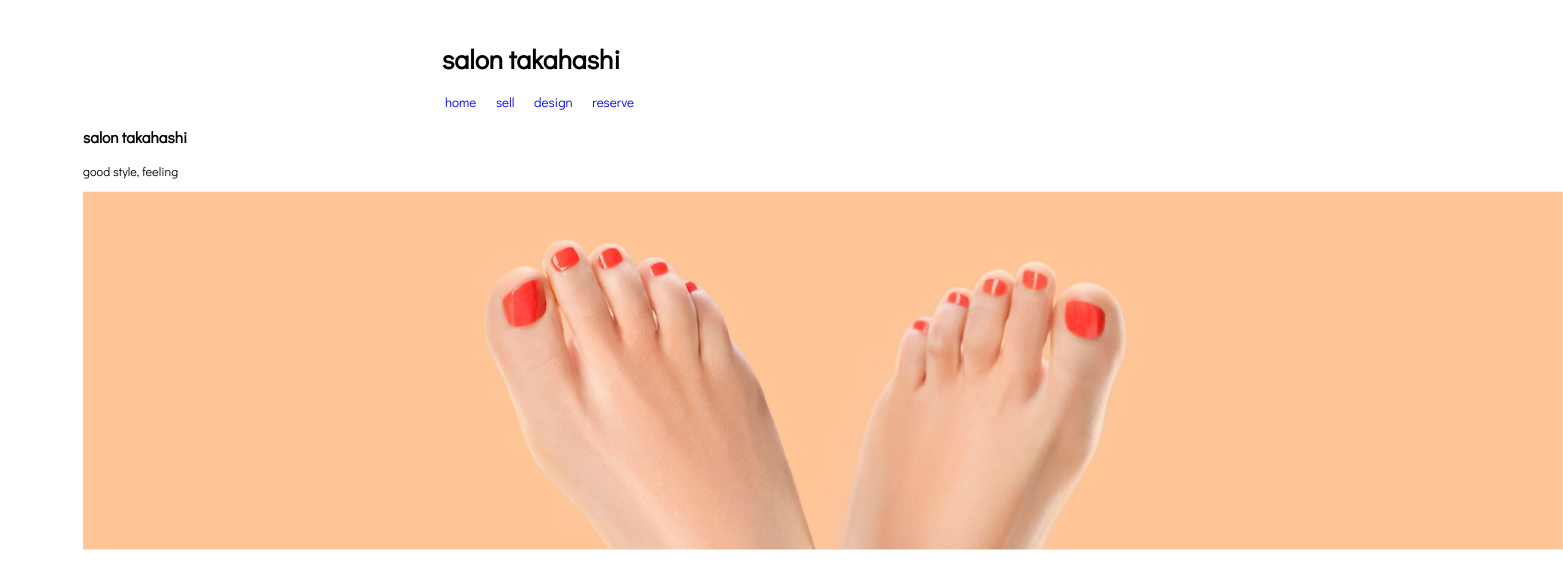
Repository: yukitakahashi1002/salontakahashi-
Page: index.html
These files come from the project's save history. The page is drawn as it stood at one moment and after the next save; the edit follows.
The browser window is 1280 px wide. The page is 1883 px wide, so the pictures cover 1883 px, including what lies to the right of the window. The pictures show the whole page, at 83% of full size.

Above is the page before, as saved 2023-07-27 23:14:06.

### index.html
<!DOCTYPE html>
<html>
<head>
    <title>Salon Takahashi</title>
    <meta charset="utf-8">
    <meta name="description" content="">
    <meta name="viewport" content="width=device-width, initial-scale=1.0">
    <link rel="stylesheet" href='https://fonts.googleapis.com/css?family=Didact Gothic'>
    <link rel="stylesheet" href="style.css">
</head>
<body>
    <!-- ヘッダー -->
    <header>
        <!-- サイトタイトル -->
        <h1>salon takahashi</h1>

        <!-- PC用ナビゲーション -->
        <nav id="nav-pc">
            <a href="/">home</a>
            <a href="sell.html">sell</a>
            <a href="design.html">design</a>
            <a href="reserve.html">reserve</a>
        </nav>
    </header>
    <main>
        <article>
            <!-- メインビジュアル -->
            <section id="main-visual">
                <div id="main-message">
                    <h1>salon takahashi</h1>
                    <p>good style, feeling</p>
                </div>
                <img src="images/59d4f7_2405db9ac6a045a282c7ab2926bb89a0~mv2.jpg" alt="赤いペディキュアの画像">

            </section>
        </article>
    </main>
</body>
<footer>

</footer>
</html>

### style.css
/* PC、スマホ共通スタイル */
body {
    font-family: 'Didact Gothic', sans-serif;
}

p {
    font-size: 15px;
}

/*=============
PC用のスタイル
==============*/
/* 横幅設定 */
body {
    max-width: 1080px;
    min-width: 960px;
    margin: 0 auto 0 auto;
}

/* ヘッダー */
header {
    text-align: center;
    margin-top: 50px;
}

/* ナビゲーションのレイアウト */
#nav-pc > a:link {
    text-decoration: none;
    margin-left: 20px;
}

After the next save:
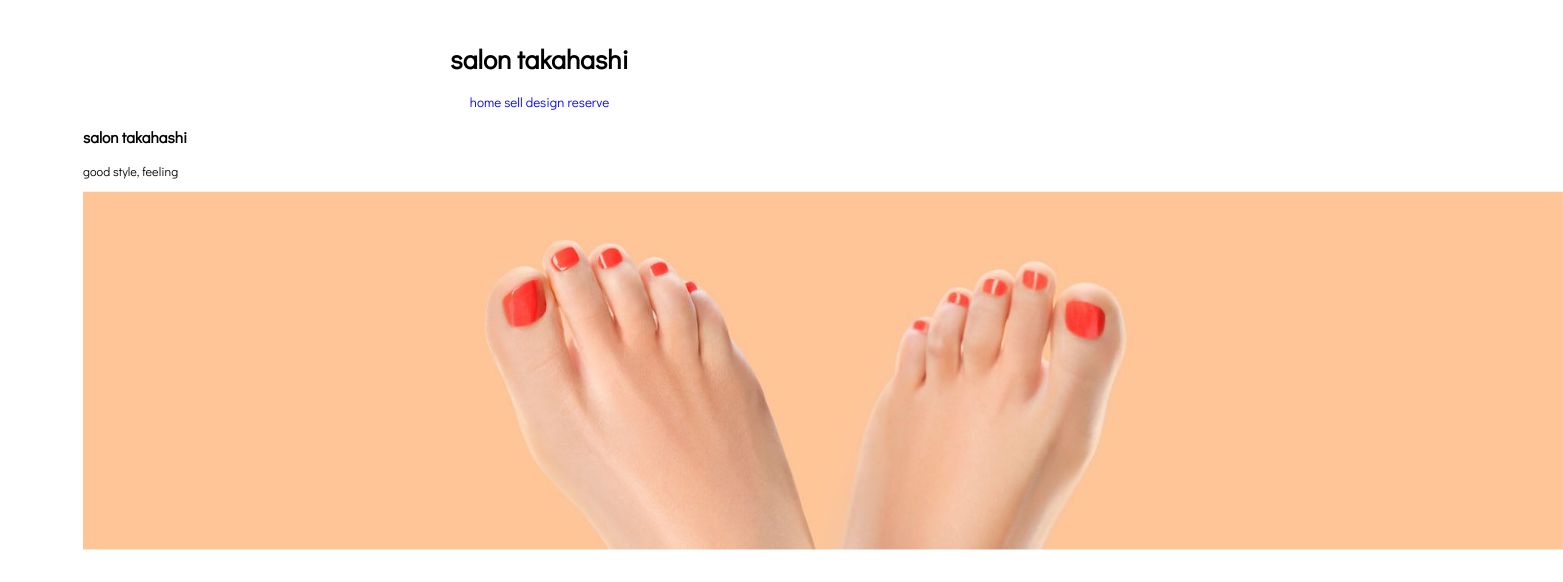
Saved 61 s later.
--- a/style.css
+++ b/style.css
@@ -21,10 +21,11 @@ body {
 header {
     text-align: center;
     margin-top: 50px;
+    margin-left: 20px;
 }
 
 /* ナビゲーションのレイアウト */
 #nav-pc > a:link {
     text-decoration: none;
-    margin-left: 20px;
+
 }
